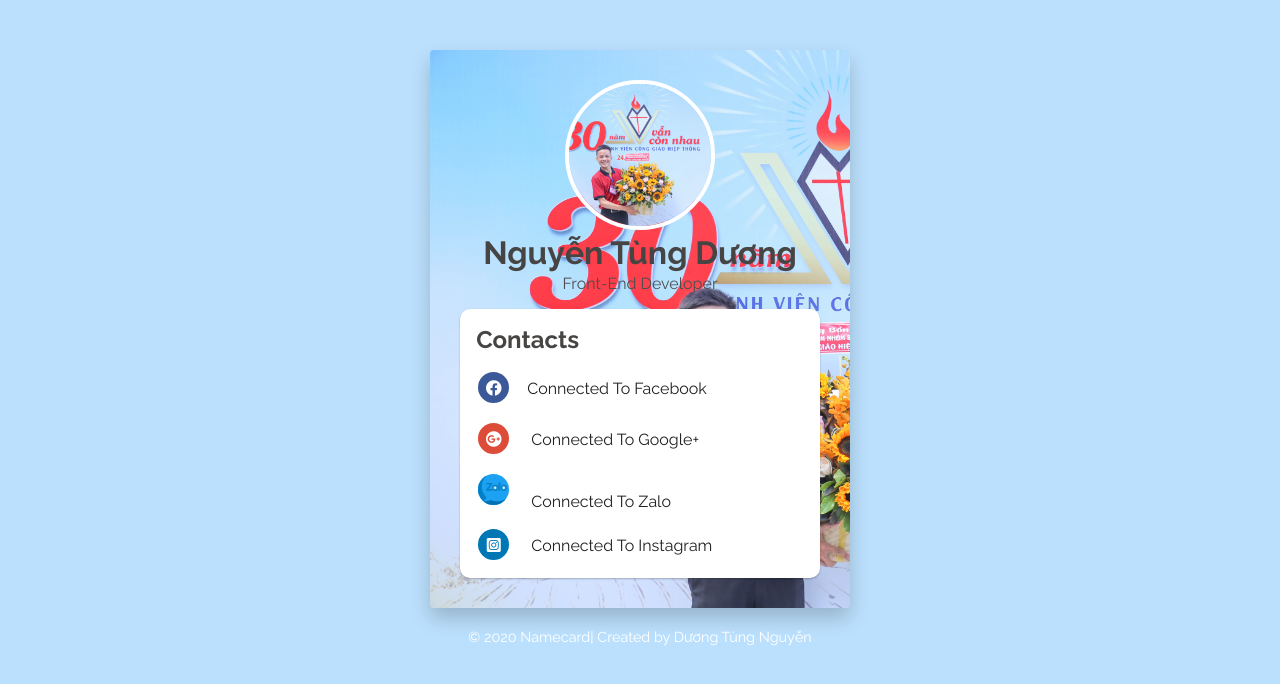
Repository: DuongTungNguyen0899/Card_Duong.github.io
Page: index.html
These files come from the project's save history. The page is drawn as it stood at one moment and after the next save; the edit follows.
The browser window is 1280 px wide. The pictures show the whole page.

Above is the page before, as saved 2021-06-27 17:40:17.

After the next save:
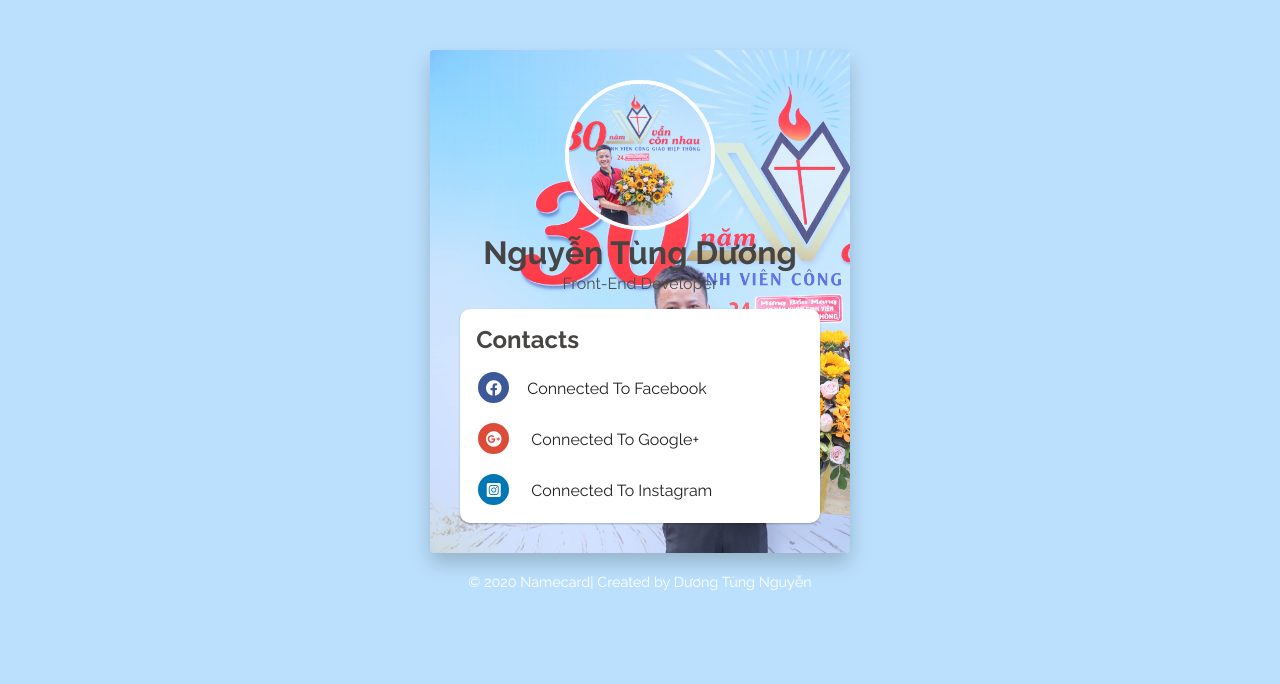
Saved 101 s later.
--- a/index.html
+++ b/index.html
@@ -39,7 +39,7 @@
 						<!-- <li><a href="#"><i class="fa fa-twitter" aria-hidden="true"></i> <p>Connected To Twitter</p></a></li> -->
 						<!-- <li><a href="#"><i class="fa fa-linkedin" aria-hidden="true"></i> <p>Connected To Linkedin</p></a></li> -->
                         <li><a href="#"><i class="fab fa-google-plus" aria-hidden="true"></i> <p>Connected To Google+</p></a></li>
-                        <li><a href="#"> <img src="/img/iconfinder_7044033_zalo_icon_512px.png" class="fab fa-zalo" alt=""> <p>Connected To Zalo</p></a></li>
+                        <!-- <li><a href="#"> <img src="/img/iconfinder_7044033_zalo_icon_512px.png" class="fab fa-zalo" alt=""> <p>Connected To Zalo</p></a></li> -->
                         <li><a href="https://www.instagram.com/aaachuuchaa/"><i class="fab fa-instagram-square"></i> <p>Connected To Instagram</p></a></li>
 					</ul>
 				</div>
